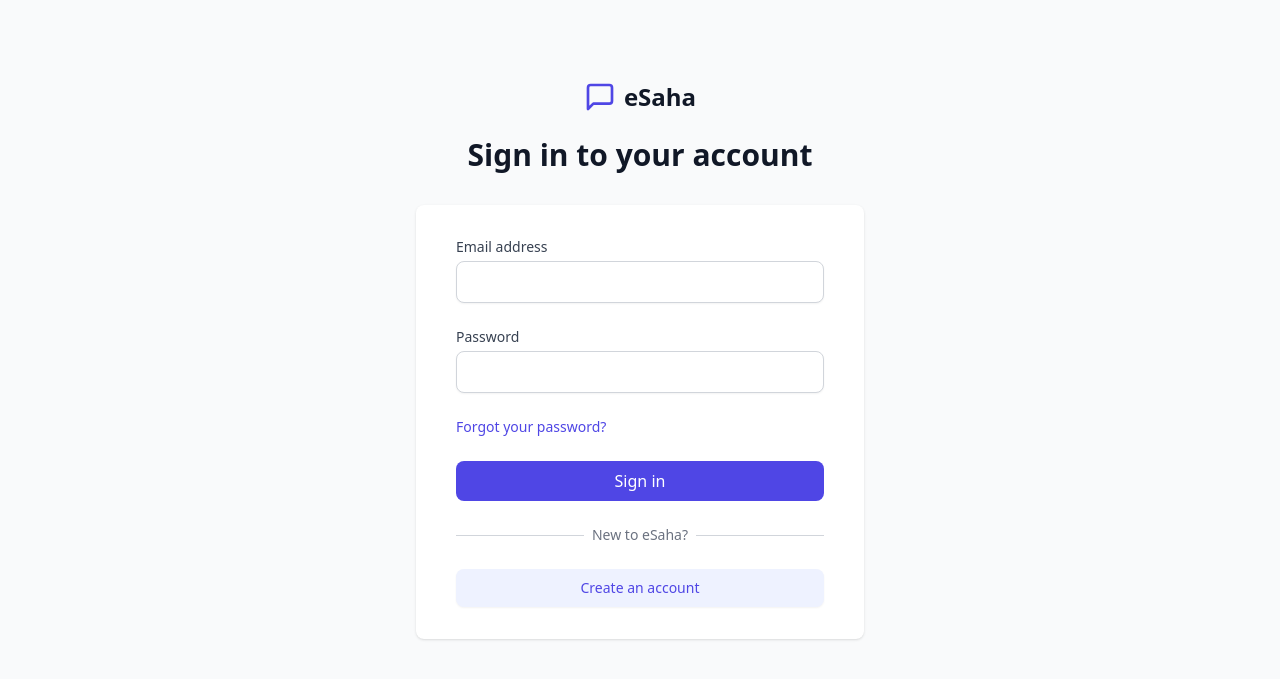
Repository: mohamedelarakitantaoui/eSaha
Page: /login (app in Frontend/project-bolt-sb1-kzetayzm (1)/project/)
These files come from the project's save history. The page is drawn as it stood at one moment and after the next save; the edit follows.
The browser window is 1280 px wide. The pictures show the whole page.
The project was rebuilt for these pictures with package versions that can differ from the ones it lists, and the page was loaded fresh each time. Also part of the build but not shown: Frontend/project-bolt-sb1-kzetayzm (1)/project/vite.config.ts, Frontend/project-bolt-sb1-kzetayzm (1)/project/src/pages/Register.tsx, Frontend/project-bolt-sb1-kzetayzm (1)/project/src/pages/Chat.tsx.

Above is the page before, as saved 2025-04-09 01:04:54.

After the next save:
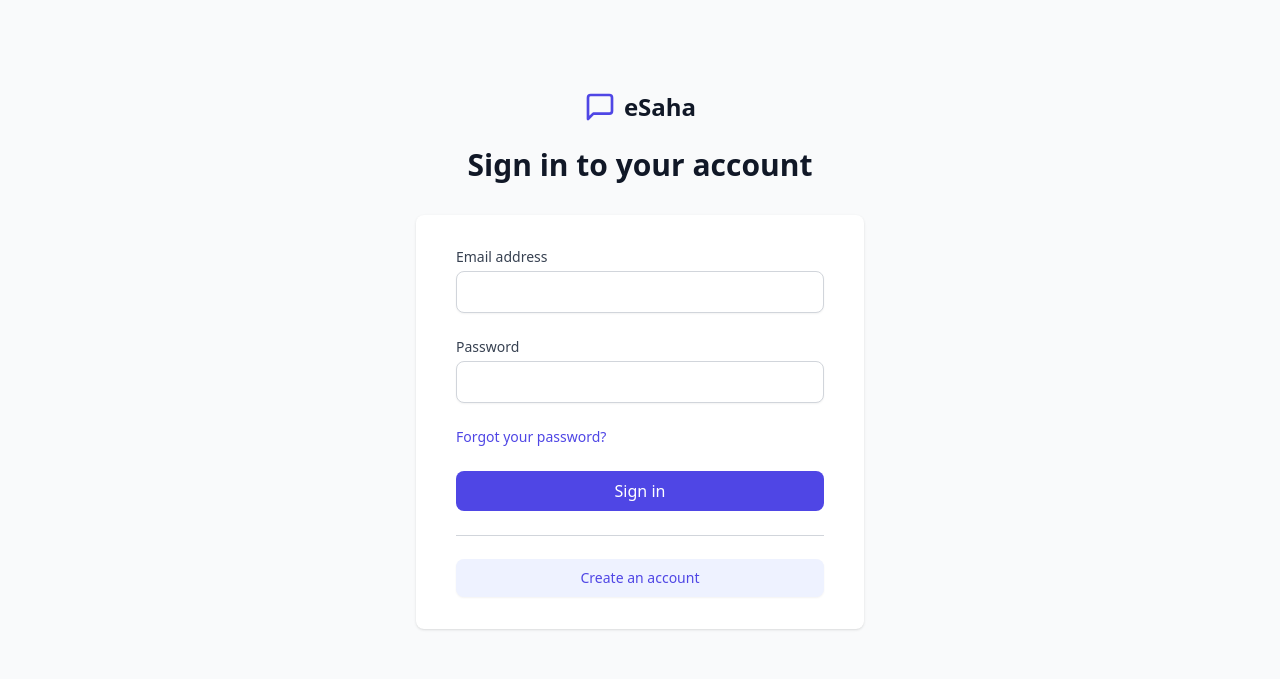
Saved 18 s later.
--- a/Frontend/project-bolt-sb1-kzetayzm (1)/project/src/pages/Login.tsx
+++ b/Frontend/project-bolt-sb1-kzetayzm (1)/project/src/pages/Login.tsx
@@ -69,9 +69,7 @@ export function Login() {
                 <div className="w-full border-t border-gray-300" />
               </div>
               <div className="relative flex justify-center text-sm">
-                <span className="px-2 bg-white text-gray-500">
-                  New to eSaha?
-                </span>
+                <span className="px-2 bg-white text-gray-500"></span>
               </div>
             </div>
 
